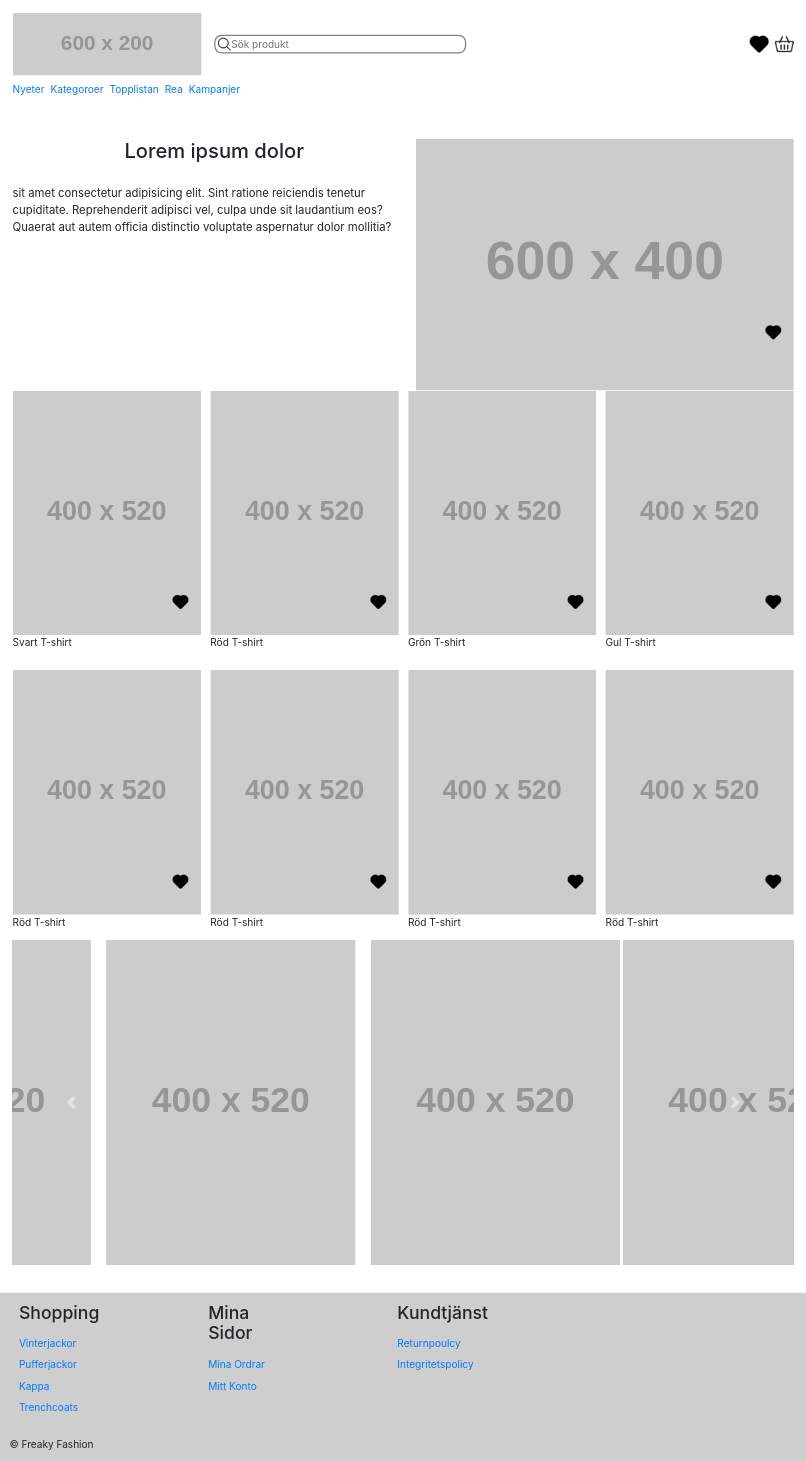
Repository: Kalle1995/project
Page: index.html
These files come from the project's save history. The page is drawn as it stood at one moment and after the next save; the edit follows.
The browser window is 1280 px wide. The pictures show the whole page, at 63% of full size.

Above is the page before, as saved 2024-10-06 20:45:50.

After the next save:
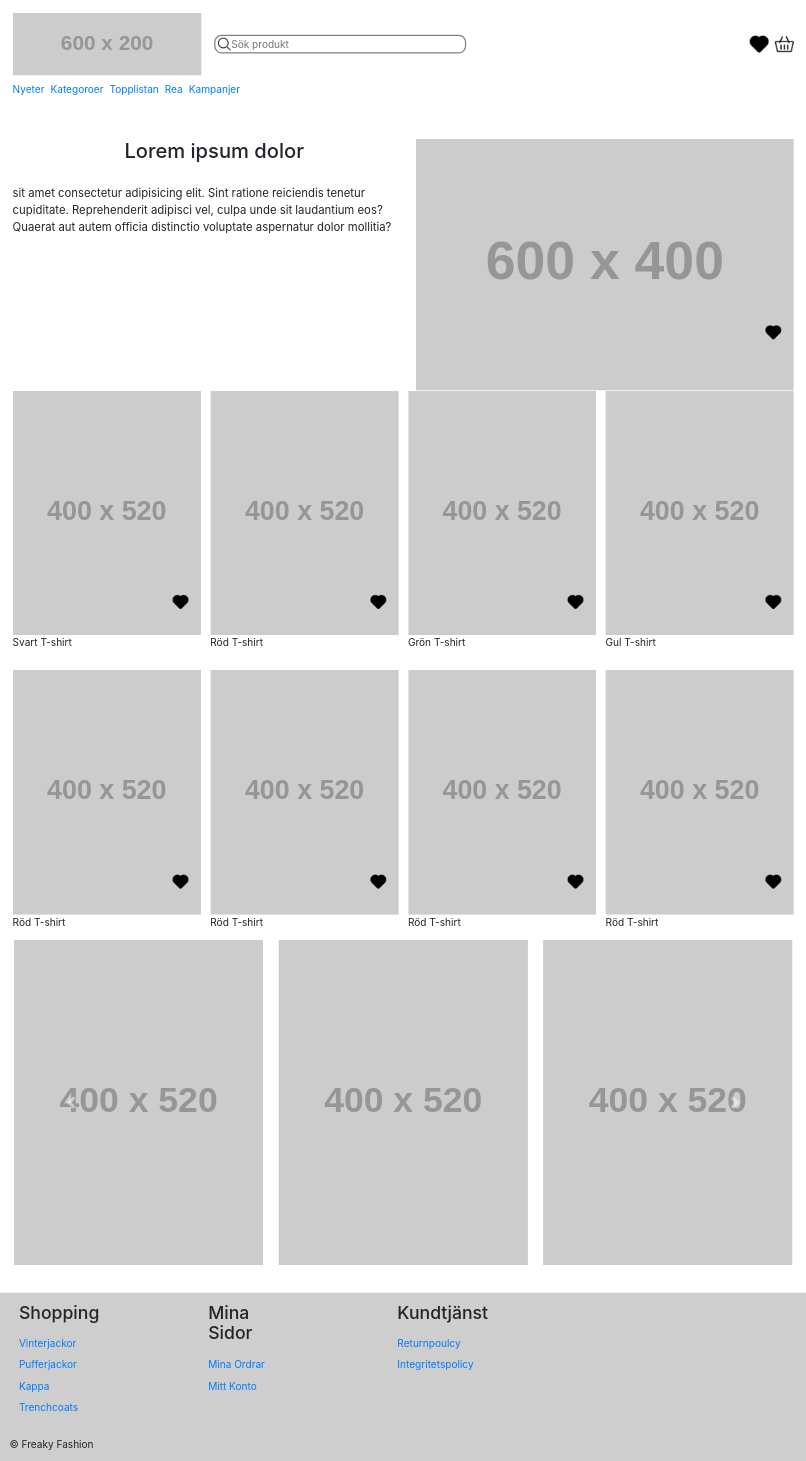
Saved 9 s later.
--- a/index.html
+++ b/index.html
@@ -14,9 +14,9 @@
   <link rel="stylesheet" href="https://cdn.jsdelivr.net/npm/bootstrap@4.0.0/dist/css/bootstrap.min.css"
     integrity="sha384-Gn5384xqQ1aoWXA+058RXPxPg6fy4IWvTNh0E263XmFcJlSAwiGgFAW/dAiS6JXm" crossorigin="anonymous">
 
-  <script src="https://cdn.jsdelivr.net/npm/bootstrap@4.0.0/dist/js/bootstrap.min.js"
+  <!-- <script src="https://cdn.jsdelivr.net/npm/bootstrap@4.0.0/dist/js/bootstrap.min.js"
     integrity="sha384-JZR6Spejh4U02d8jOt6vLEHfe/JQGiRRSQQxSfFWpi1MquVdAyjUar5+76PVCmYl"
-    crossorigin="anonymous"></script>
+    crossorigin="anonymous"></script> -->
 </head>
 
 <body>

After the save that followed:
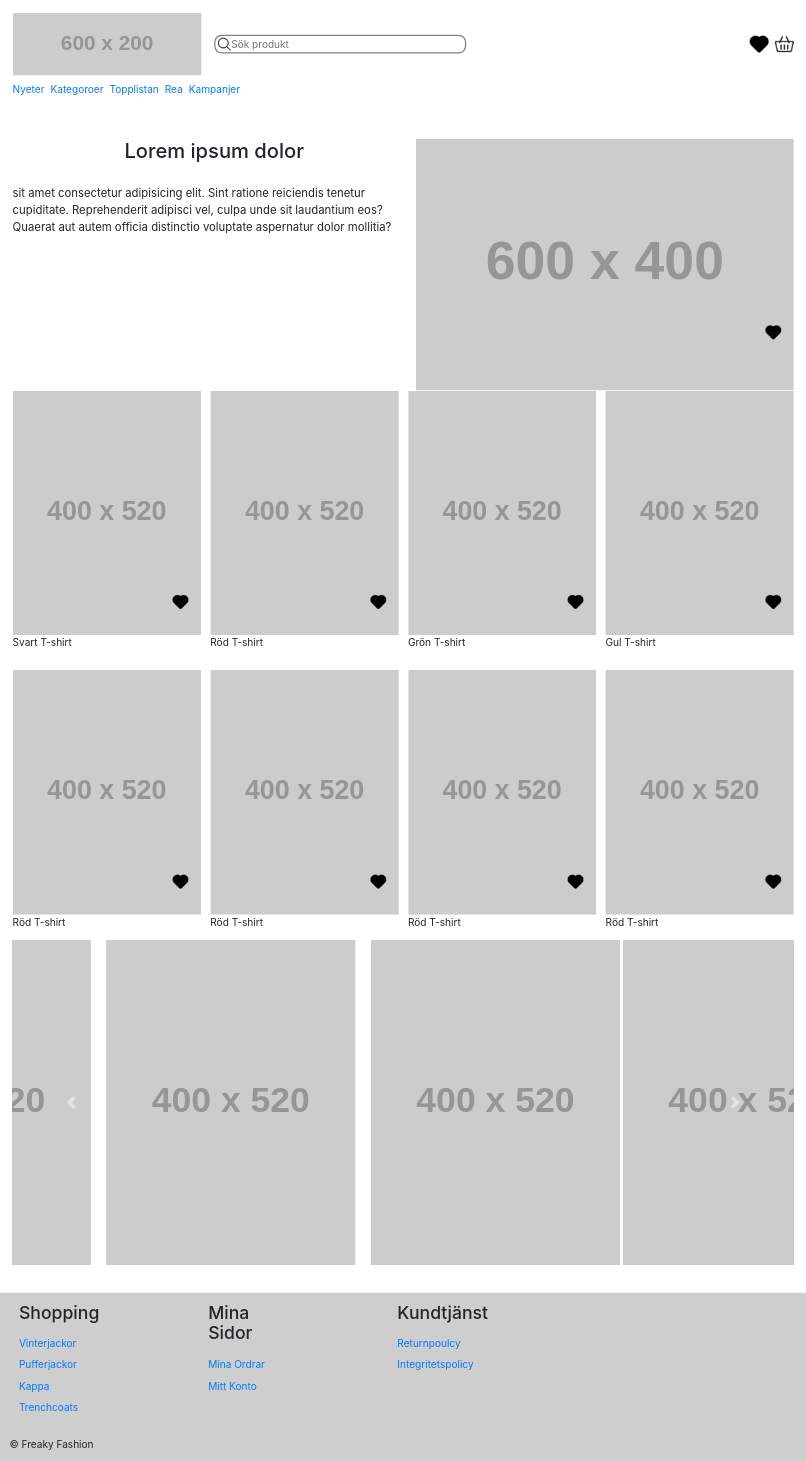
Saved 7 s later.
--- a/index.html
+++ b/index.html
@@ -14,9 +14,9 @@
   <link rel="stylesheet" href="https://cdn.jsdelivr.net/npm/bootstrap@4.0.0/dist/css/bootstrap.min.css"
     integrity="sha384-Gn5384xqQ1aoWXA+058RXPxPg6fy4IWvTNh0E263XmFcJlSAwiGgFAW/dAiS6JXm" crossorigin="anonymous">
 
-  <!-- <script src="https://cdn.jsdelivr.net/npm/bootstrap@4.0.0/dist/js/bootstrap.min.js"
+  <script src="https://cdn.jsdelivr.net/npm/bootstrap@4.0.0/dist/js/bootstrap.min.js"
     integrity="sha384-JZR6Spejh4U02d8jOt6vLEHfe/JQGiRRSQQxSfFWpi1MquVdAyjUar5+76PVCmYl"
-    crossorigin="anonymous"></script> -->
+    crossorigin="anonymous"></script>
 </head>
 
 <body>
